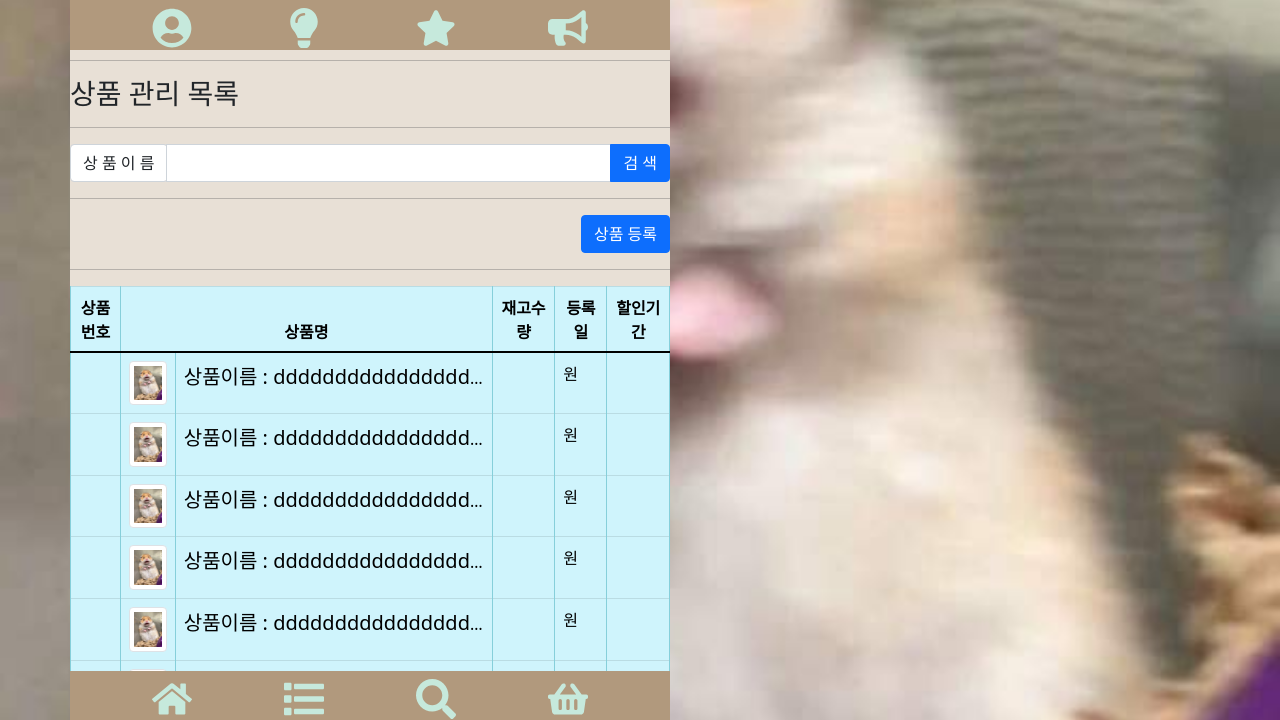
Repository: heegyu97/project
Page: http://localhost/0801_mvc2/WEB-INF/views/seller/productList.jsp
These files come from the project's save history. The page is drawn as it stood at one moment and after the next save; the edit follows.
The browser window is 1280 px wide. The pictures show the whole page.
An inner scrolling area shows only its first screen. Some web libraries are served in a nearby version. The page is served by Tomcat 9. Nobody is signed in. The template is opened directly, without the code that normally fills it, so the values that code supplies are empty.

Above is the page before, as saved 2022-08-11 08:28:19.

After the next save:
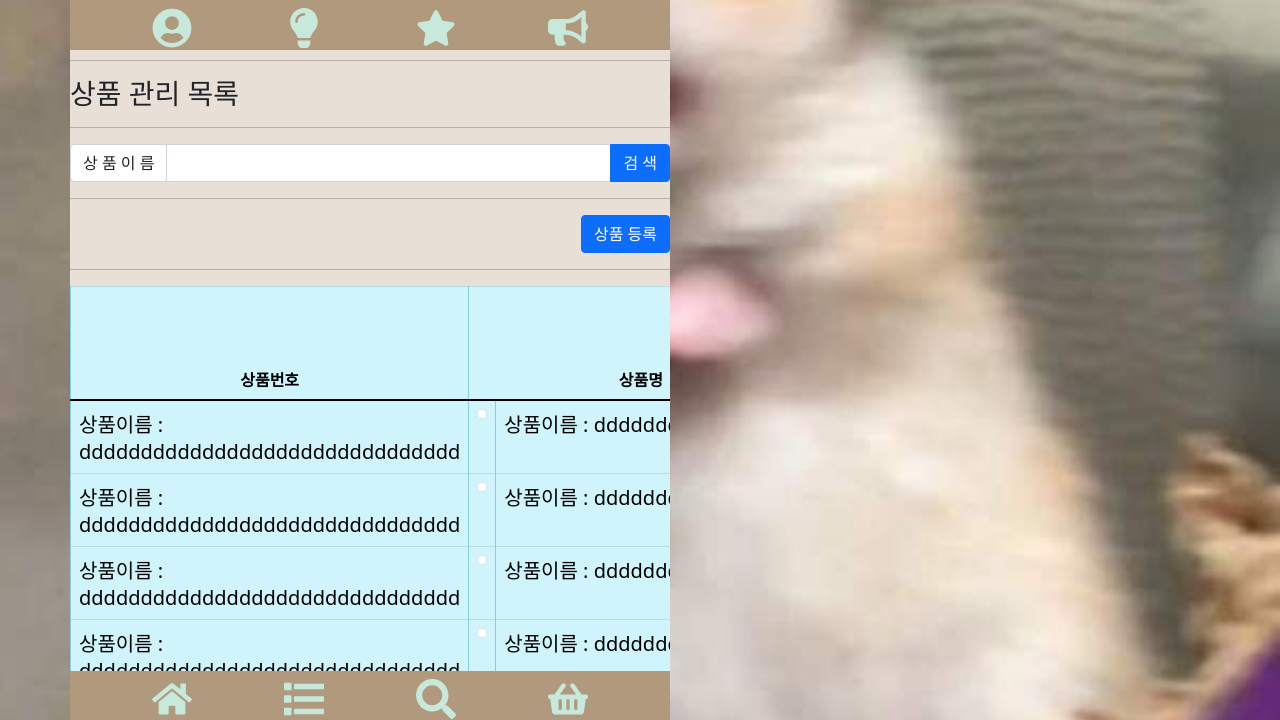
Saved 85 s later.
--- a/0801_mvc2/src/main/webapp/WEB-INF/views/seller/productList.jsp
+++ b/0801_mvc2/src/main/webapp/WEB-INF/views/seller/productList.jsp
@@ -63,9 +63,11 @@
 			<tbody>
 <%-- 				<c:forEach var="dto" items="${list}"> --%>
 				<c:forEach  begin="1" end="10">
-					<tr>
+					<tr href = "http://localhost:8081/ictedu/guest/detail">
 						<td><%-- 상품번호 --%>
-
+							<a href="${pageContext.request.contextPath}/guest/detail?" style="font-size: 20px">
+									상품이름 : ddddddddddddddddddddddddddddddd
+							</a>
 						</td>
 						<td ><%-- 썸네일 ${dto.thumbnail_path} --%>
 							<a class="input-group" href="${pageContext.request.contextPath}/guest/detail">
